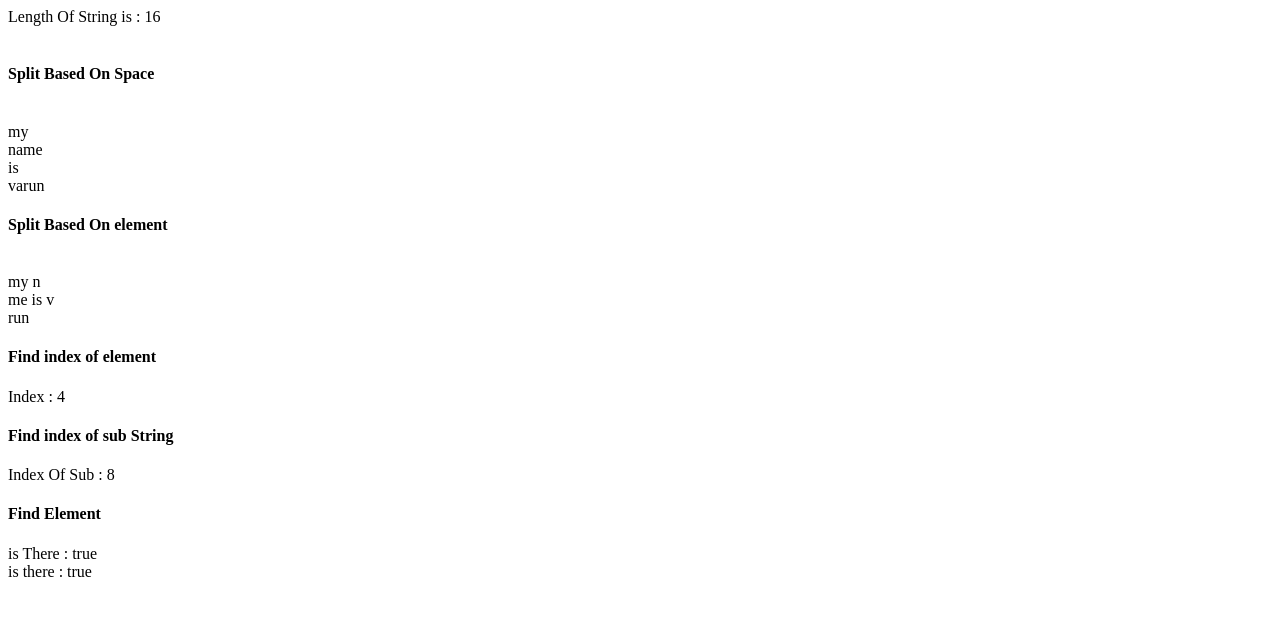
Repository: Kvarun0/JSP_JSTL_SERVLET
Page: http://localhost/C_Jsp_With_Jstl_Basic/jsp_jstl_function.jsp
These files come from the project's save history. The page is drawn as it stood at one moment and after the next save; the edit follows.
The browser window is 1280 px wide. The pictures show the whole page.
The page is served by Tomcat 9. Other server files are loaded and not shown.

Above is the page before, as saved 2023-02-03 16:26:31.

### C_Jsp_With_Jstl_Basic/WebContent/jsp_jstl_function.jsp
<%@ page language="java" contentType="text/html; charset=ISO-8859-1"
    pageEncoding="ISO-8859-1"%>

<%@ taglib prefix="c" uri="http://java.sun.com/jsp/jstl/core" %>
<%@ taglib prefix="fn" uri="http://java.sun.com/jsp/jstl/functions" %>

<!DOCTYPE html PUBLIC "-//W3C//DTD HTML 4.01 Transitional//EN" "http://www.w3.org/TR/html4/loose.dtd">
<html>
<head>
<meta http-equiv="Content-Type" content="text/html; charset=ISO-8859-1">
<title>Insert title here</title>
</head>
<body>

	<c:set var="st" value="my name is varun" />


	<!-- For Finding Length -->
	Length Of String is : ${fn:length(st)}
	<br>

	<br/>
	<!-- For Split String -->
	<h4>Split Based On Space</h4>
	<c:forEach items="${fn:split(st,' ')}" var="spl">
		<br>
		${spl}
	</c:forEach>

	<br/>
	<h4>Split Based On element</h4>
	<c:forEach items="${fn:split(st,'a')}" var="splita">
		<br>
		${splita }
	</c:forEach>


	<!-- For Finding Index -->
	<h4>Find index of element</h4>
	Index : ${fn:indexOf(st,"a")}

	<h4>Find index of sub String</h4>
	Index Of Sub : ${fn:indexOf(st,"is")}


	<br/>
	<!-- For Checking element is thare in string or not -->
	<h4>Find Element </h4>
	is There : ${fn:contains(st,"is")}
	<br>
	is there : ${fn:contains(st,"va") }

	</body>

</html>

After the next save:
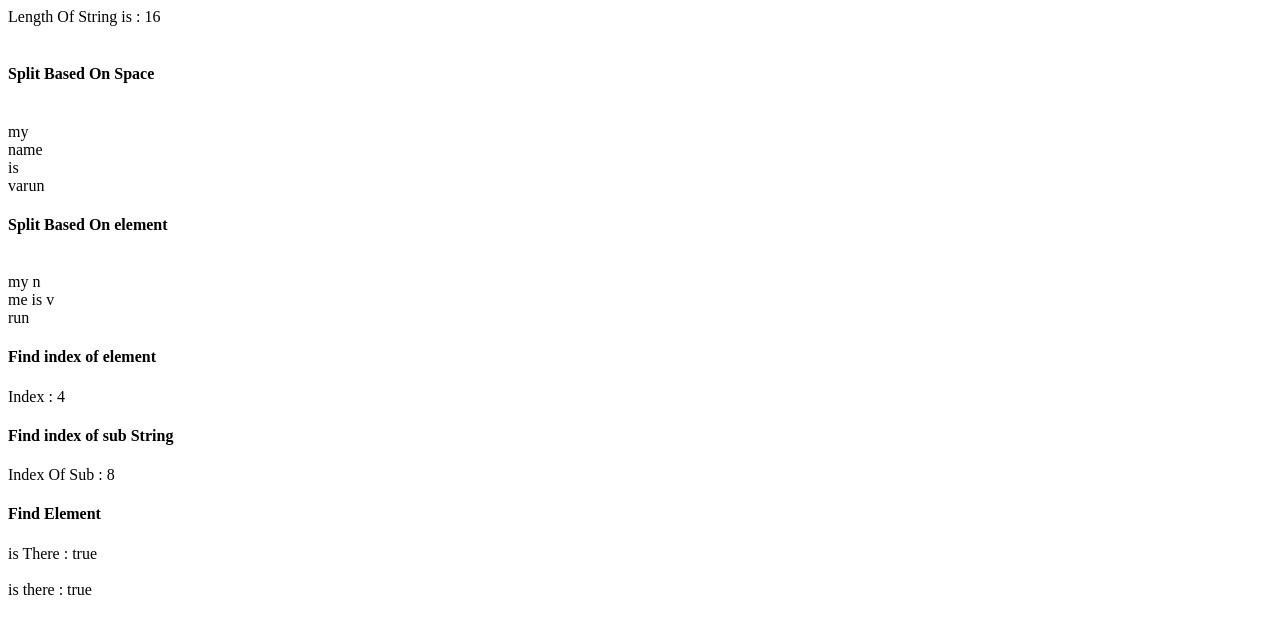
Saved 32 s later.
--- a/C_Jsp_With_Jstl_Basic/WebContent/jsp_jstl_function.jsp
+++ b/C_Jsp_With_Jstl_Basic/WebContent/jsp_jstl_function.jsp
@@ -47,7 +47,8 @@
 	<!-- For Checking element is thare in string or not -->
 	<h4>Find Element </h4>
 	is There : ${fn:contains(st,"is")}
-	<br>
+	<br/>
+	<br/>
 	is there : ${fn:contains(st,"va") }
 
 	</body>
